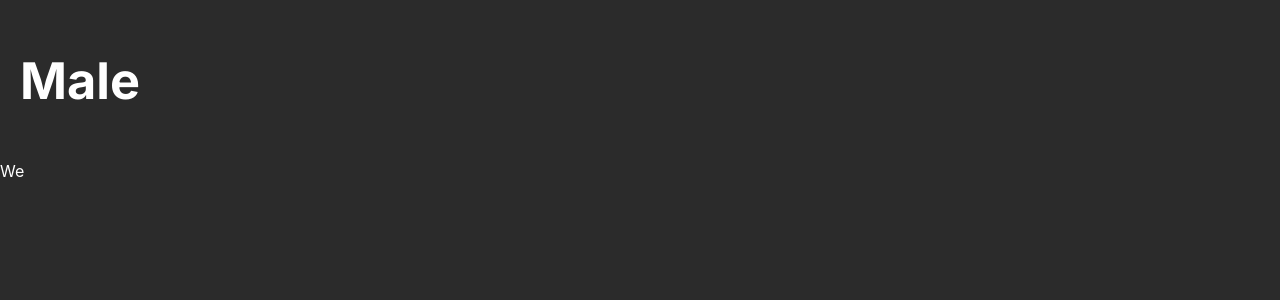
Repository: devhabeeblateef/tictactoe
Page: /
The author's editor kept a copy of each file at every save. The page is drawn from the files as they stood at one save, then again after a run of saves.
The browser window is 1280 px wide. The pictures show the whole page.
The project was rebuilt for these pictures with package versions that can differ from the ones it lists, and the page was loaded fresh each time. Also part of the build but not shown: src/App.css.

Above is the page before, as saved 2022-06-17 01:01:02.

After the next 2 saves:
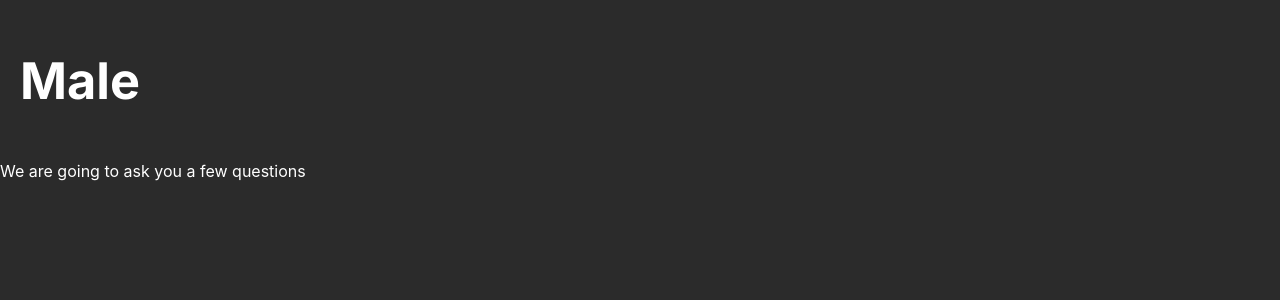
The 2 saves are shown as one change because they came seconds apart.
The last was saved 12 s later.
--- a/src/Form.js
+++ b/src/Form.js
@@ -7,7 +7,8 @@ function Form() {
         <h1 className={classes.home__header}>
             Male
         </h1>
-        <p>We</p>
+        <p>We are going to ask you a few questions
+        </p>
     </div>
   )
 }
